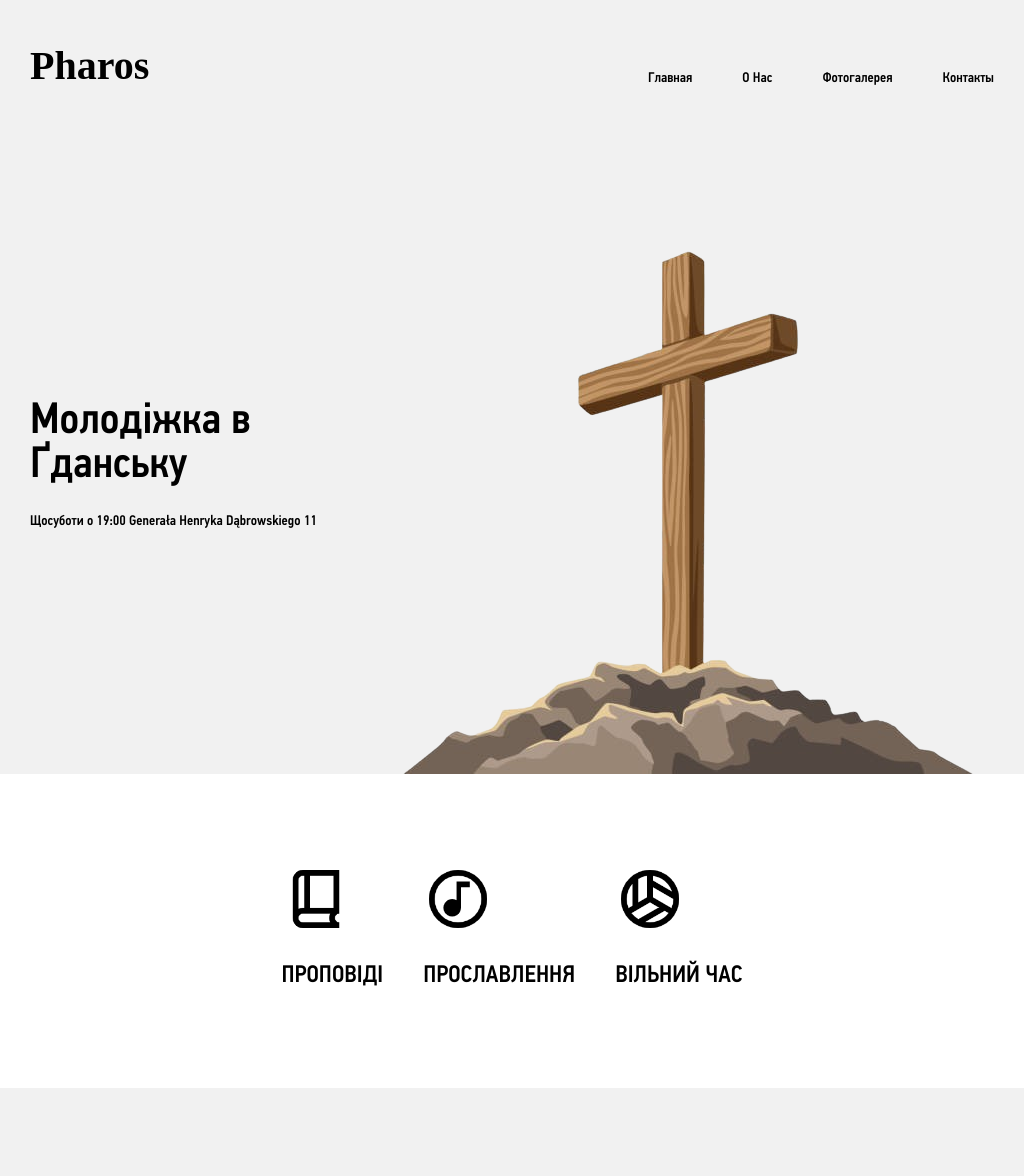
Repository: Bohdan-Sandovenko/youth-project
Page: index.html
An editor plug-in stored every save of this project. The page is shown before and after the next save, followed by the edit.
The browser window is 1024 px wide. The pictures show the part of the page from y = 0 to 1176 px (the page is 3676 px tall).
Some web fonts or font styles are not loaded; a fallback is used. The style sheet was rebuilt from its Sass, Less or Tailwind sources for each picture, by a compiler version that may differ from the author's.

Above is the page before, as saved 2024-10-06 13:01:01.

After the next save:
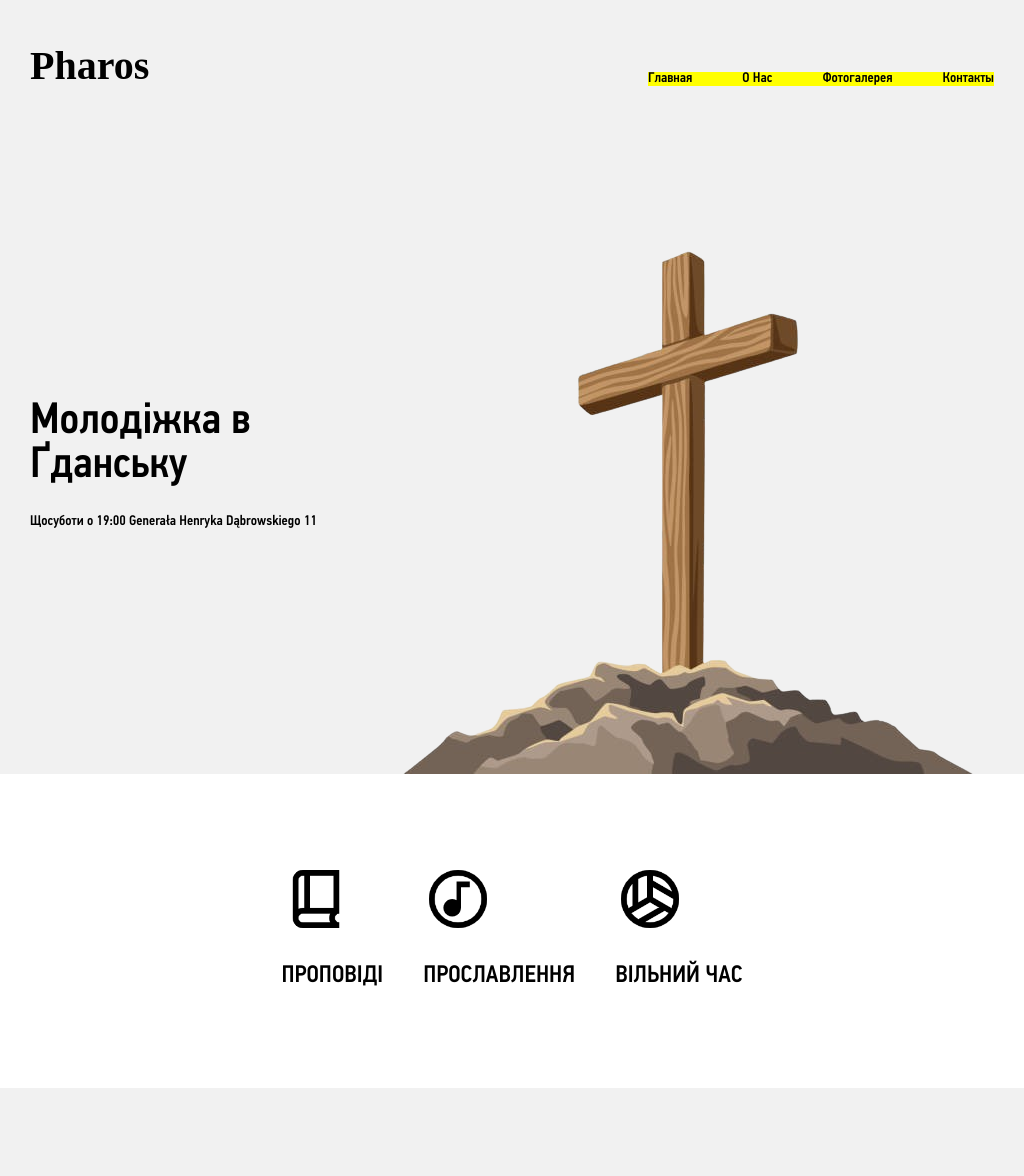
Saved 10 min 1 s later.
--- a/css/media.scss
+++ b/css/media.scss
@@ -1,9 +1,9 @@
 @media (max-width: 1230px) {
     .nav-list {
-        display: none;
+        background-color: yellow;
     }
 
     .nav-button {
-        display: block;
+        background-color: gray;
     }
 }

After the save that followed:
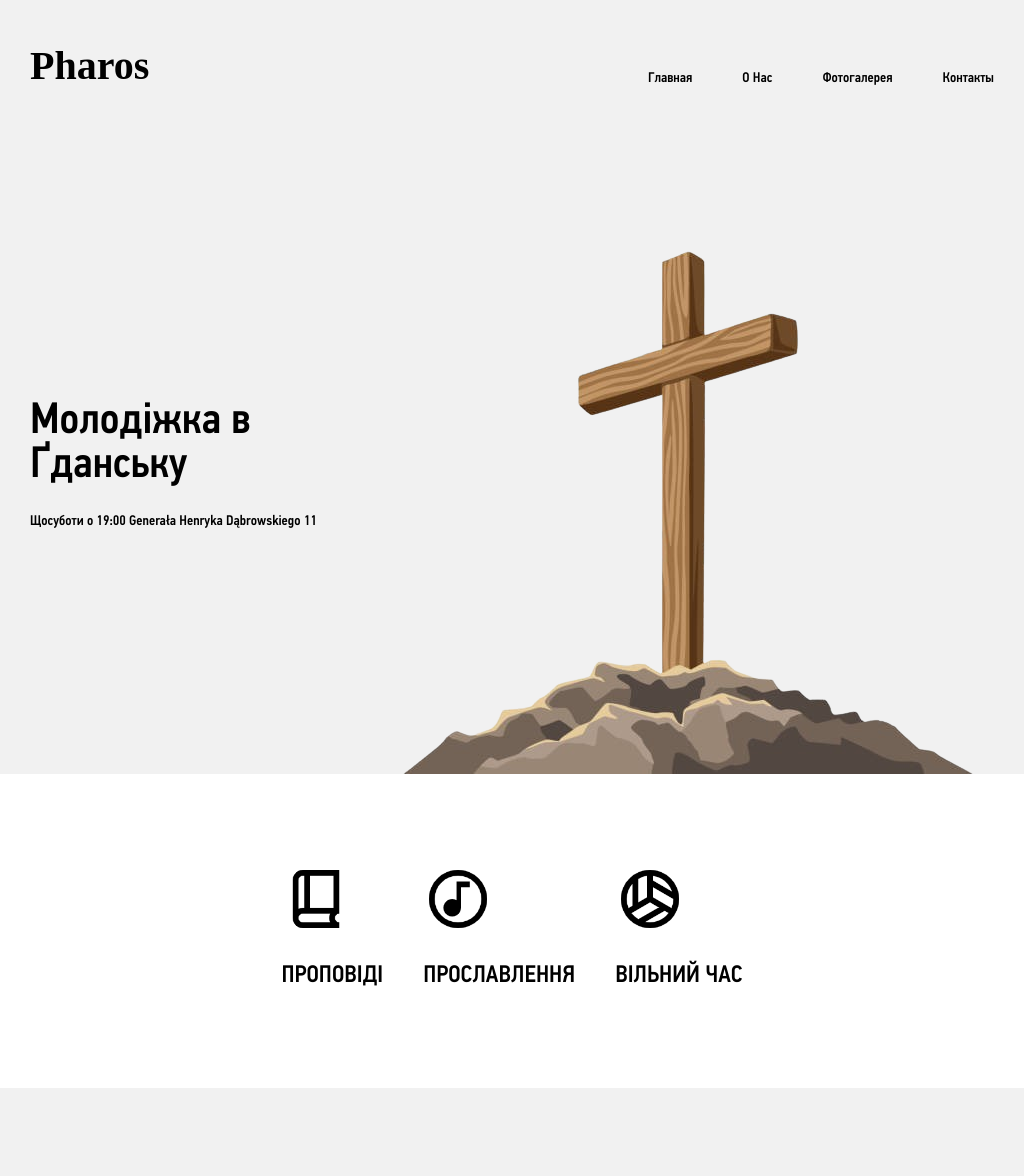
Saved 55 s later.
--- a/css/media.scss
+++ b/css/media.scss
@@ -1,9 +1,7 @@
 @media (max-width: 1230px) {
     .nav-list {
-        background-color: yellow;
+        flex-wrap: wrap;
     }
 
-    .nav-button {
-        background-color: gray;
-    }
+    .nav-button {}
 }
